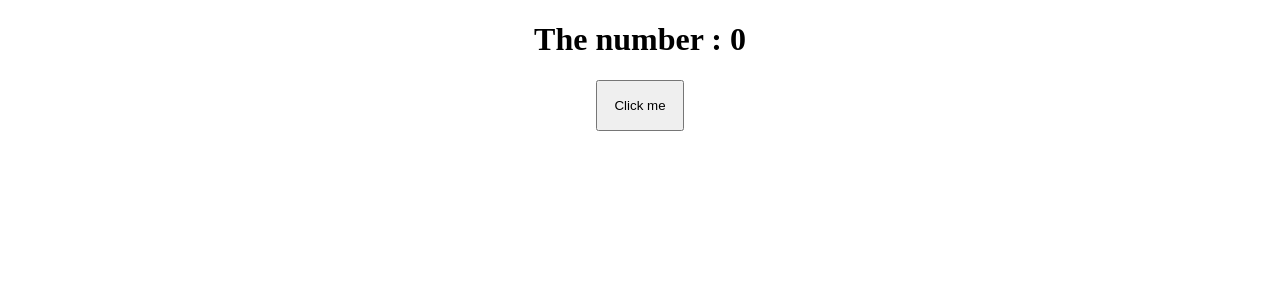
Repository: dung8466/learn-react
Page: / (app in react-state/)
The author's editor kept a copy of each file at every save. The page is drawn from the files as they stood at one save, then again after the next save.
The browser window is 1280 px wide. The pictures show the whole page.
The project was rebuilt for these pictures with package versions that can differ from the ones it lists, and the page was loaded fresh each time. Also part of the build but not shown: react-state/src/App.css.

Above is the page before, as saved 2022-09-16 22:12:03.

### react-state/src/App.js
import React, {Component} from "react";
import './App.css';
import Button from "./Button";

class App extends Component {
  render(){
    return (
      <Button />
    );
  }
}

export default App;

### react-state/src/Button.js
import React, {Component} from "react";
import './Button.css'
class Button extends Component{
    constructor(props){
        super(props);
        this.state = {number : 0}
        this.handleClick = this.handleClick.bind(this);
    };
    handleClick(e){
        this.setState({number : (Math.floor(Math.random() *10))});
    };
    render(){
        return(
            <div className="Container">
                <h1>The number : {this.state.number}</h1>
                {this.state.number === 7 ?
                    <h2>You Win</h2>
                    : <button onClick={this.handleClick}> Click me </button>
                }
            </div>
        );
    }
}

export default Button;

### react-state/src/Button.css
.Container{
    font-family: 'Times New Roman', Times, serif;
    font-size: 16px;
    text-align: center;
}

.Container button{
    padding: 1rem;
}

Loaded but not shown: react-state/public/index.html (common file); react-state/src/index.js (common file); react-state/src/index.css (common file)

After the next save:
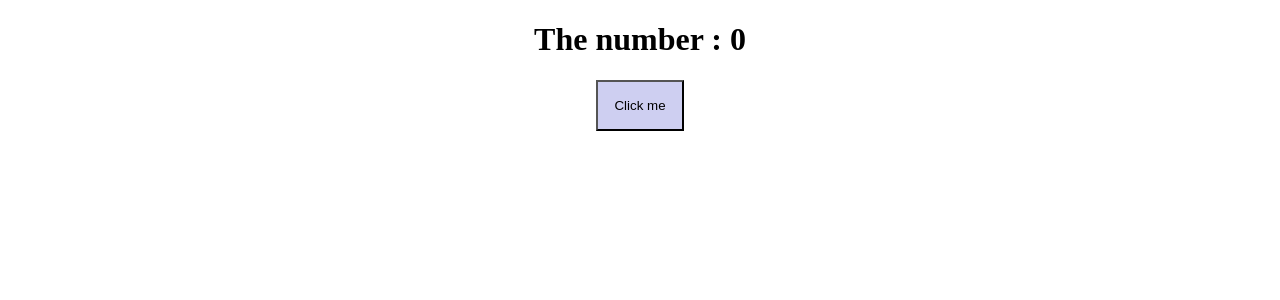
Saved 17 s later.
--- a/react-state/src/Button.css
+++ b/react-state/src/Button.css
@@ -6,4 +6,5 @@
 
 .Container button{
     padding: 1rem;
+    background-color: #cecff1;
 }
